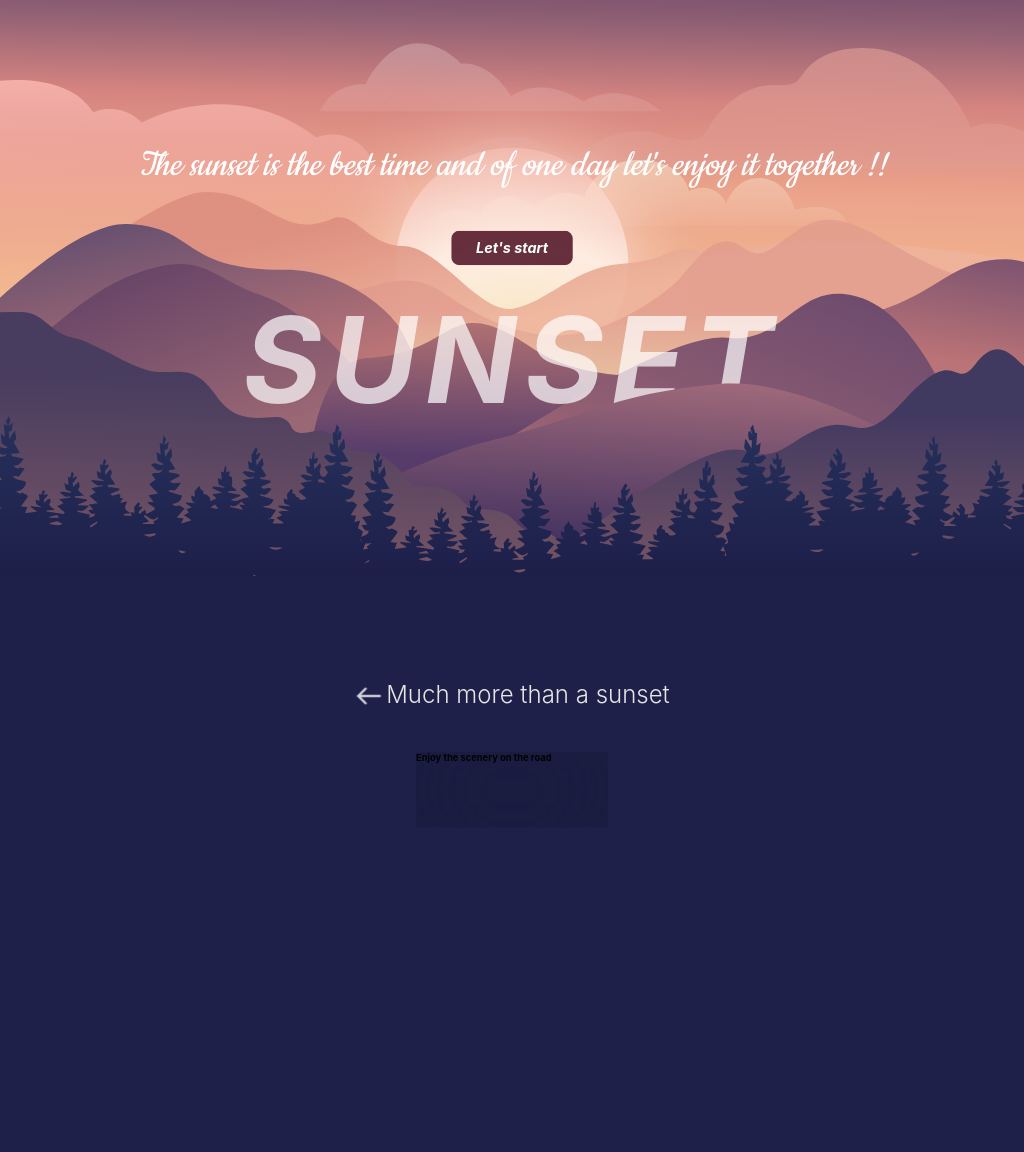
Repository: nambui98/parallax
Page: /
The author's editor kept a copy of each file at every save. The page is drawn from the files as they stood at one save, then again after the next save.
The browser window is 1280 px wide. The pictures show the whole page, at 80% of full size.
The project was rebuilt for these pictures with package versions that can differ from the ones it lists, and the page was loaded fresh each time. Also part of the build but not shown: vite.config.ts.

Above is the page before, as saved 2022-03-24 15:26:33.

### src/App.tsx
import { useEffect, useRef, useState } from 'react'
import { Link, useLocation, useNavigate } from 'react-router-dom';
import bg_1 from './assets/images/bg_1.svg'
import bg_2 from './assets/images/bg_2.svg'
import bg_3 from './assets/images/bg_3.svg'
import bg_4 from './assets/images/bg_4.svg'
import bg_5 from './assets/images/bg_5.svg'
import bg_6 from './assets/images/bg_6.svg'
import bg_7 from './assets/images/bg_7.svg'
import bg_8 from './assets/images/bg_8.svg'
import bg_9 from './assets/images/bg_9.svg'
import bg_10 from './assets/images/bg_10.svg'
import bg_11 from './assets/images/bg_11.svg'
import content1 from './assets/images/content1.png'
import content2 from './assets/images/content2.svg'
import content3 from './assets/images/content3.svg'
import content4 from './assets/images/content4.svg'
import icon from './assets/images/icon.svg'
import './App.scss'

function App() {
  let location = useLocation();
  console.log(location);

  const bg_1Ref = useRef<any>()
  const bg_2Ref = useRef<any>()
  const bg_3Ref = useRef<any>()
  const bg_4Ref = useRef<any>()
  const bg_5Ref = useRef<any>()
  const bg_6Ref = useRef<any>()
  const bg_7Ref = useRef<any>()
  const bg_8Ref = useRef<any>()
  const bg_9Ref = useRef<any>()
  const bg_10Ref = useRef<any>()
  const bg_11Ref = useRef<any>()
  const h3Ref = useRef<any>()
  const h1Ref = useRef<any>()
  const bannerRef = useRef<any>()
  const btnRef = useRef<any>()
  // console.log(location);

  useEffect(() => {
    window.addEventListener("scroll", () => {
      let value = window.scrollY;
      // h3Ref.current.style =
      // bg_1Ref.current.style.left = `calc(${value}px + 40rem)`;
      bg_9Ref.current.style.transform = `scale(${1 + value * 0.0005})`
      bg_10Ref.current.style.transform = `scale(${1 + value * 0.0005})`
      bg_8Ref.current.style.transform = `scale(${1 + value * 0.0005})`
      bg_7Ref.current.style.transform = `scale(${1 + value * 0.0005})`
      bg_6Ref.current.style.transform = `scale(${1 + value * 0.0005})`
      bg_5Ref.current.style.transform = `scale(${1 + value * 0.0005})`
      bg_4Ref.current.style.transform = `translateX(-50%) scale(${1 + value * 0.0005})`
      bg_3Ref.current.style.transform = `scale(${1 + value * 0.0005})`
      bg_2Ref.current.style.transform = `scale(${1 + value * 0.0005})`
      bg_1Ref.current.style.transform = `scale(${1 + value * 0.0005})`
      bg_11Ref.current.style.transform = `scale(${1 + value * 0.0004})`

      h3Ref.current.style.transform = `translateZ(${value * 0.8}px) scale(${1 + (value * 0.0009)})`
      h1Ref.current.style.transform = `translateY(${value * 0.2}px)`
      btnRef.current.style.transform = `translate(-50%, calc(-50% - ${value * 0.2}px))`
      console.log();

    })

    return () => {
      window.removeEventListener("scroll", () => {

      })
    }
  }, [])
  useEffect(() => {
    let url = window.location.href.split("/");
    // debugger
    let target = url[url.length - 1].toLowerCase();
    let element = document.getElementById(target);
    element && element.scrollIntoView({ behavior: "smooth", block: "start" });
  }, [location]);
  return (
    <div className="App">
      <div className="main">
        <div className="banner" ref={bannerRef}>
          <img className='bg_1' ref={bg_1Ref} src={bg_1} alt="" />
          <img className='bg_2' ref={bg_2Ref} src={bg_2} alt="" />
          <img className='bg_3' ref={bg_3Ref} src={bg_3} alt="" />
          <img className='bg_4' ref={bg_4Ref} src={bg_4} alt="" />
          <img className='bg_5' ref={bg_5Ref} src={bg_5} alt="" />
          <img className='bg_6' ref={bg_6Ref} src={bg_6} alt="" />
          <img className='bg_7' ref={bg_7Ref} src={bg_7} alt="" />
          <img className='bg_8' ref={bg_8Ref} src={bg_8} alt="" />
          <img className='bg_9' ref={bg_9Ref} src={bg_9} alt="" />
          <img className='bg_10' ref={bg_10Ref} src={bg_10} alt="" />
          <img className='bg_11' ref={bg_11Ref} src={bg_11} alt="" />

          <h3 ref={h3Ref}>The sunset is the best time and of one day let's enjoy it together !!</h3>
          <h1 ref={h1Ref}>Sunset</h1>
        </div>
        <Link to="/content" className="btn" ref={btnRef}>Let's start</Link>
        <div className="content" id="content">
          <h1><img src={icon} alt="" /> Much more than a sunset</h1>
          <div className="content__list">
            <div className="content__card">
              {/* <img className='content__img' src={content1} alt="" /> */}
              <h3 className='content__txt'>Enjoy the scenery on the road</h3>
            </div>
          </div>
        </div>
      </div>
    </div>
  )
}

export default App

### src/App.scss
@import url('https://fonts.googleapis.com/css2?family=Cookie&display=swap');
*,
*::after,
*::before{
  padding: 0;
  margin: 0;
  box-sizing: inherit;
}
html{
  font-size: 62.5%;
  box-sizing: border-box;
}
.main{
  // perspective: 1px;

}
.banner{
  background: linear-gradient(181.12deg, #6D4869 -4.47%, #906074 5.09%, #D58480 18.15%, #ECA58B 34.03%, #F8C995 69.69%);
  height: 100vh;
  position: relative;
  z-index: -1;
  overflow: hidden;
  perspective: 1000px;
  h3{
    position: absolute;
    top: 18rem;
    width: 100%;
    font-size: 5rem;
    font-weight: 400;
    font-style: italic;
    color: #fff;
    font-family: 'Cookie', cursive;
    text-align: center;
    // left: 50%;
    // transform: translateX(-50%);
  }
  h1{
    position: absolute;
    bottom: 18rem;
    width: 100%;
    font-size: 15rem;
    font-style: italic;
    color: rgba(255, 255, 255, .7);
    text-align: center;
    text-transform: uppercase;
    z-index: 0;
    letter-spacing: 1rem;
  }
  img{
    position: absolute;
    z-index: 0;
    &.bg_1{
      top: 5.4rem;
      left: 40rem;
    }
    &.bg_2{
      left: 0;
      top: 10rem;
    }
    &.bg_3{
      right: 0;
      top: 6rem;
    }
    &.bg_4{
      left: 50%;
      top: 8rem;
      transform: translateX(-50%);
      // top: 28.6rem;
      width: 50rem;
    }
    &.bg_5{
      right: 22rem;
      top: 20rem;
    }
    &.bg_6{
      right: 0;
      left: 0;
      top: 24rem;
      width: 100%;
    }
    &.bg_7{
      right: 0;
      left: 0;
      top: 28rem;
      width: 100%;
      // z-index: 1;
    }
     &.bg_8{
      bottom: -3rem;
      width: 100%;
      z-index: 2;
    }
    &.bg_9{
      width: 100%;
      top: 33rem;
      // z-index: 1;
    }
    &.bg_10{
      bottom: -6rem;
      z-index: 1;
    }
    &.bg_11{
      bottom: 0rem;
      width: 100%;
      z-index: 2;
    }
  }
}
.btn{
  z-index: 100;

  position: absolute;
  top: calc(50% - 5rem);
  left: 50%;
  transform: translate(-50%, -50%);
  border: none;
  background: rgba(65, 0, 22, 0.8);
  font-style: italic;
  color: #fff;
  padding: 1rem 3rem;
  border-radius: 1rem;
  cursor: pointer;
  font-size: 1.8rem;
  font-weight: 700;
  border: 1px solid transparent;
  // transition: .3s all;
  text-decoration: none;
  &:hover{
    color: rgba(65, 0, 22, 0.8);
    background: transparent;
    border-color: rgba(65, 0, 22, 0.8);
  }
}
.content{
  height: 100vh;
  width: 100%;
  background-color: #1E2049;
}
.content{
  display: flex;
  align-items: center;
  flex-direction: column;
  h1{
    color: #E5E5E5;
    font-size: 3rem;
    font-weight: 300;
    margin-top: 13rem;
    display: flex;
    img{
      height: 4rem;
    }
  }
  &__list{
    display: flex;
    justify-content: space-between;
    gap: 2rem;
    height: 30rem;
    margin-top: 5rem;
  }
  &__card{
    width: 24rem;
  }
  &__img{
    width: 100%;
    height: 100%;
    object-fit: cover;
  }
  &__txt{
    height: 9.4rem;
    background: rgba(0, 0, 0, 0.1);
backdrop-filter: blur(80px);
  }
}

Loaded but not shown: index.html (common file); src/main.tsx (common file); src/index.css (common file)

After the next save:
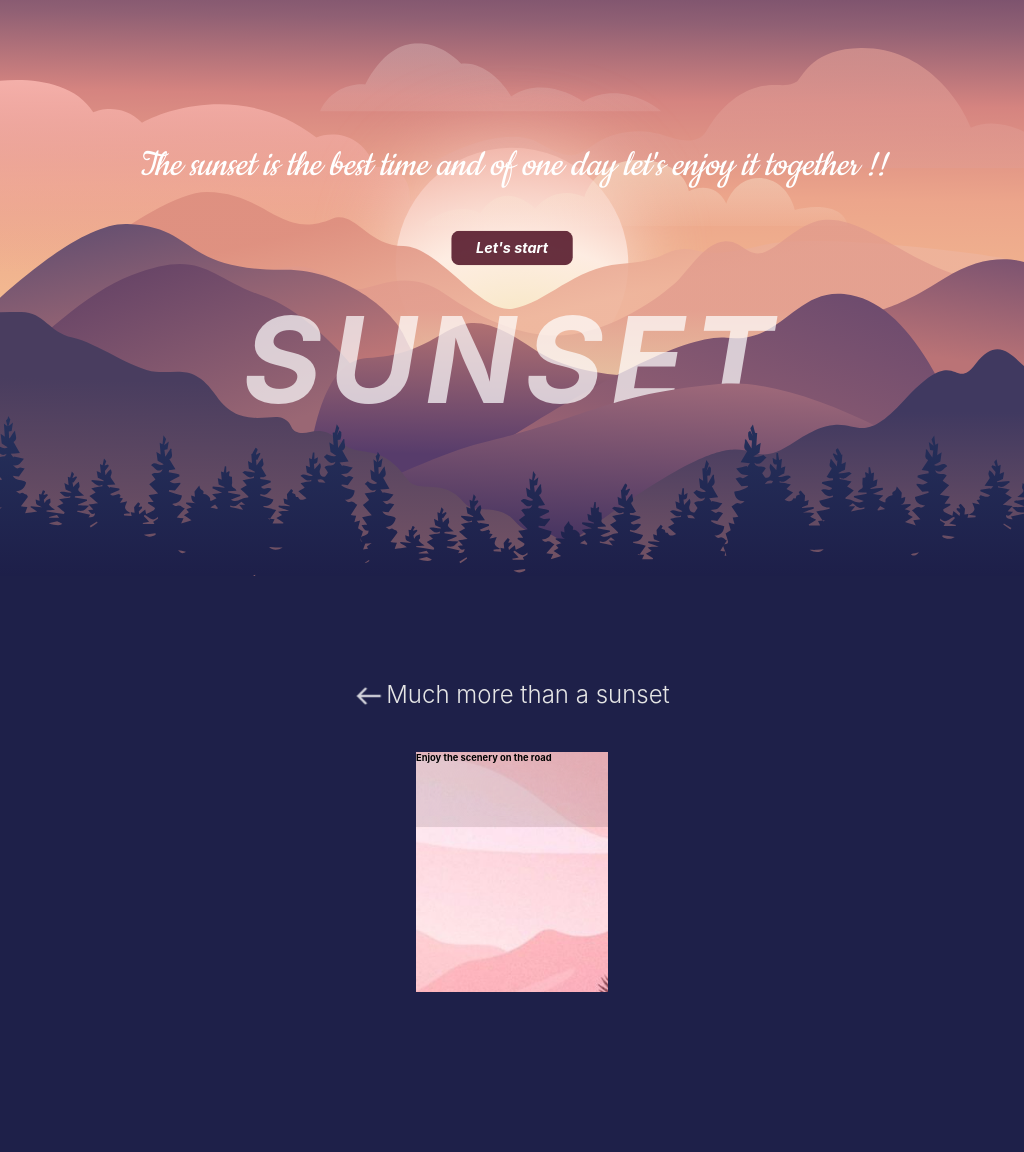
Saved 27 s later.
--- a/src/App.scss
+++ b/src/App.scss
@@ -159,6 +159,7 @@ html{
   }
   &__card{
     width: 24rem;
+    background-image: url(./assets/images/content1.png);
   }
   &__img{
     width: 100%;
@@ -168,6 +169,6 @@ html{
   &__txt{
     height: 9.4rem;
     background: rgba(0, 0, 0, 0.1);
-backdrop-filter: blur(80px);
+    backdrop-filter: blur(80px);
   }
 }
